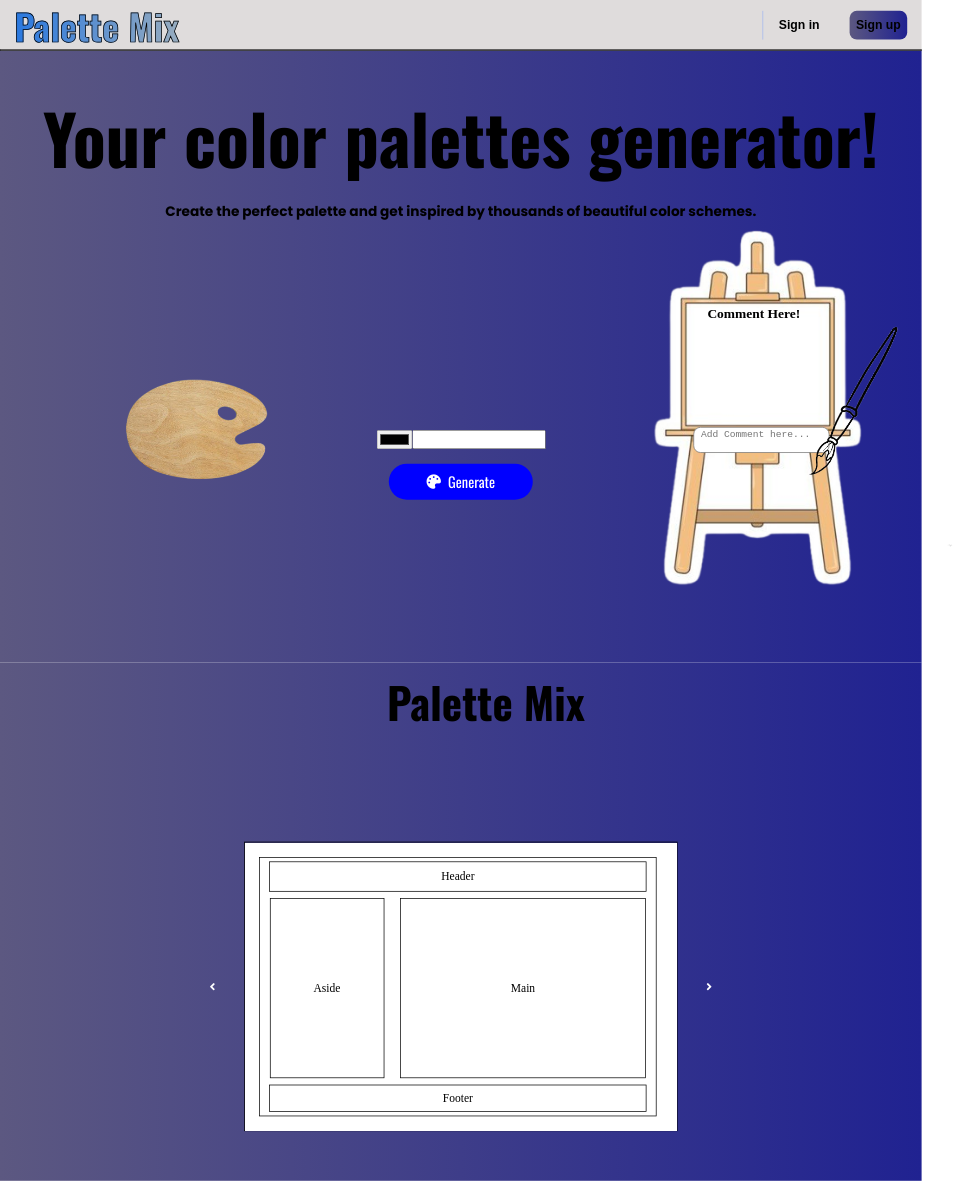
Repository: dmpelaez/Login-Signup-form
Page: Color/colorHeader.html
These files come from the project's save history. The page is drawn as it stood at one moment and after the next save; the edit follows.
The browser window is 1280 px wide. The page is 1353 px wide, so the pictures cover 1353 px, including what lies to the right of the window. The pictures show the whole page, at 72% of full size.
Some web libraries are served in a nearby version.

Above is the page before, as saved 2025-12-12 19:17:04.

### Color/colorHeader.html
<!DOCTYPE html>

  <html lang="en" dir="ltr">

    <head>

      <title>Palette Mix</title>
      <!--Style-->
      <link rel="stylesheet" href="colorHeader.css">
      <link rel="stylesheet" href="colorMain.css">
      <link rel="stylesheet" href="https://cdnjs.cloudflare.com/ajax/libs/font-awesome/5.14.0/css/all.min.css">
    </head>
    <body>

      <header class="color-header">
        <!--Title-->
        <a href="colorHeader.html">
          <section id="title" class="color-title">
            Palette Mix
          </section>
        </a>

        <!--End-->

        <!--Right side navigation bar-->
        <section class="navigation-bar">

          <!--About me-->
          <button class="about-me">


          </button>

          <!--Login & Signup form-->
          <div class="signin-signup">
            <button class="sign-in">
              Sign in
            </button>
            <button class="sign-up">
              Sign up
            </button>
          </div>
        </section>
        <!--End-->
        <div class="aboutmeSection">
          <div class="sectionAboutme">

            <img class="imageofme" alt="Creator Image" src="WIN_20241001_13_05_33_Pro.jpg">
            <P class="gd">Good day!</P>
            <p class="introduction">
              I am Delmar Galibo Pelaez, 19 years old from Manila, Philippines.
              I am a self-taught programmer who decided to study HTML, CSS and JavaScript to become
              a web developer and I'm hoping to thrive and learn more about on this field to create and serve to others.
            </p>

          </div>

          <div class="aboutThisProject">
            <h2 class="info-project">Palette Mix</h2>
            <p class="infoPalette">
              This project is only created for fun and to challenge myself to create different projects so as to improve skills in web development.
              The creation of Palette Mix started when I'm searching for a project to do because I always hear other programmers that to improve quickly and effieciently --
              you need to create your own projects. Palette Mix is about generating different colors that can be use to mix and create a great layout design for a websites!
            </p>
          </div>

          <div class="connectSection">
            <div class="contacts">
              <h2 class="connect-text">Connect:</h2>
              <a class="githubLink" href="#" target="_blank">
                 <img class="github" alt="Github" src="download__1_-removebg-preview.png">
              </a>
              <a class="facebook"  href="#" target="_blank">
                <img class="fb"  alt="Facebook" src="facebook-logo (1).png">
              </a>
            </div>

          </div>

        </div>


      </header>

      <main class="mainpage">

        <!--Main page-->
        <div class="main-page">

          <section class="title1">

            <h1 class="intro">Your color palettes generator!</h1>

            <h3 class="little-info">Create the perfect palette and get inspired by thousands of beautiful color schemes.</h3>
            <div class="sliding">
              <div class="colors">
              </div>
              <div class="colors2">
              </div>
              <div class="colors3">
              </div>
               <div class="colors4">
              </div>
            </div>

            <div class="colorSearch">
              <input type="color" class="colorbox">
              <Input type="text"  class="textbox">
              <img class="brush" src="brush.png">
              <img class="plate" src="plate.png">
              <img class="board" src="board.png">
                <div class="comment-section">
                  <h3 class="comment-text">Comment Here!</h3>
                  <ul class="comment-list"></ul>
                  <textarea class="comment-input" placeholder="Add Comment here..."></textarea>
                </div>
              </img>

            </div>

            <button class="generator">
              <i class="fas fa-palette"></i>
              Generate
            </button>
          </section>


        </div>

        <div class="theWhole">
          <div class="paletteText">Palette Mix</div>
          <div class="colorGenerator">
          </div>

          <div class="wholeDesign">
          <i id="leftIcon" class="fas fa-angle-left"></i>
              <div class="divBox">

            <!--Design 1-->


            <div class="divScroll">
              <div  class="div1">
                <div id="randomBox1" class="divpage1">
                  <header id="randomBox2" class="headerDiv1">Header</header>
                  <main  id="randomBox3" class="mainDiv1">
                    <div id="randomBox4" class="asideDiv1">Aside</div>
                    <div id="randomBox5" class="frontDiv1">Main</div>
                  </main>
                  <footer id="randomBox7" class="footerDiv1">Footer</footer>
                </div>
              </div>
              <!--Design 2-->
              <div  class="div2">
                <div id="randomBox1" class="divpage2">
                  <header id="randomBox2" class="headerDiv2">Header</header>
                    <div id="randomBox4" class="asideDiv2">Aside</div>
                    <div id="randomBox5" class="frontDiv2">Main</div>
                  <footer id="randomBox7" class="footerDiv2">Footer</footer>
                </div>
              </div>

              <!--Design 3-->

              <div  class="div3">
                <div id="randomBox1" class="divpage3">
                  <header id="randomBox2" class="headerDiv3">Header</header>
                    <div class="navBar">Navigation</div>
                    <div id="randomBox4" class="asideDiv3">Aside</div>
                    <div id="randomBox4" class="asideDiv32">Aside</div>
                    <div id="randomBox5" class="frontDiv3">Main</div>

                  <footer id="randomBox7" class="footerDiv3">Footer</footer>
                </div>
              </div>

            </div>
          </div>
          <i id="rightIcon"class="fas fa-angle-right"></i>



        </div>

        </div>


      </main>


      <script type="module" src="color.js"></script>

    </body>

  </html>

### Color/colorHeader.css
@import url('https://fonts.googleapis.com/css2?family=Anton&family=Oswald:wght@200..700&family=Poppins:ital,wght@0,100;0,200;0,300;0,400;0,500;0,600;0,700;0,800;0,900;1,100;1,200;1,300;1,400;1,500;1,600;1,700;1,800;1,900&family=Roboto:ital,wght@0,100..900;1,100..900&display=swap');

body {
  margin: 0;
  padding: 0;
}

.color-header {
  display: flex;
  justify-content: space-between;
  align-items: center;
  padding-left: 20px;
  padding-right: 20px;
  background: rgb(223, 220, 220);
  box-sizing: border-box;
  position: fixed;
  right: 0;
  left: 0;
  top: 0;
  height: 70px;
  border-bottom: 1px solid gray;
  z-index: 2;
}
@media (max-width: 670px) {
  .color-header {
    gap: 30px;
  }
}

a {
  text-decoration: none;
  flex-shrink: 0;
}

.color-title {
font-family: "Oswald", sans-serif;
font-weight: bold;
display: flex;
height: 50px;
font-size: 50px;
justify-content: start;
align-items: center;
-webkit-text-stroke: 1px black;
background: linear-gradient(90deg, rgb(41, 120, 224), rgb(150, 171, 190));
-webkit-background-clip: text;
-webkit-text-fill-color: transparent;
transition: all 0.3s ease;
cursor: pointer;
flex-shrink: 0;
}




.navigation-bar {
  display: Flex;
  justify-content: space-between;
  align-items: center;
  gap: 20px;
  height: 50px;
}
.signin-signup {
  display: Flex;
  border-left: 1px solid rgb(162, 183, 240);
  justify-content: space-between;
  align-items: center;
  gap: 30px;
  height: 40px;
  padding-left: 10px;
}

.sign-up {
  height: 40px;
  width: 80px;
  border-radius: 10px;
  border: none;
  background: transparent;
  color: black;
  font-family: arial;
  font-weight: bold;
  font-size: 17px;
  cursor: pointer;
  background: linear-gradient(90deg, rgb(92, 88, 129), rgb(32, 34, 145));
}
.sign-in {
  height: 40px;
  width: 80px;
  border-radius: 10px;
  border: none;
  background: transparent;
  color: black;
  font-family: arial;
  font-weight: bold;
  font-size: 17px;
  cursor: pointer;

}
.sign-in:hover,
.sign-up:hover {
background: linear-gradient(90deg, rgb(92, 88, 129), rgb(32, 34, 145));
  color: white;
}
.about-me {
  display: flex;
  justify-content: space-evenly;
  height: 40px;
  align-items: center;
  background-color: transparent;
  border: none;
  cursor: pointer;
  border-radius: 5px;
  flex-shrink: 0;
}
.about-me:hover {
  color: white;
  background: linear-gradient(90deg, rgb(92, 88, 129), rgb(32, 34, 145));
}
.aboutme {
  font-weight: bold;
  font-size: 27px;
  font-family: "Oswald";

}

.me-text {
  margin-right: 10px;
  color: rgb(66, 93, 212);
}

### Color/colorMain.css
@import url('https://fonts.googleapis.com/css2?family=Anton&family=Luckiest+Guy&family=Oswald:wght@200..700&family=Poppins:ital,wght@0,100;0,200;0,300;0,400;0,500;0,600;0,700;0,800;0,900;1,100;1,200;1,300;1,400;1,500;1,600;1,700;1,800;1,900&family=Roboto:ital,wght@0,100..900;1,100..900&display=swap');

body {
  height: 1580px;
}

.mainpage {
margin-top: 70px;
display: grid;
max-width: 1900px;
flex-shrink: 0;
position: relative;
}



.main-page {

}
.intro {
  font-weight: bold;
  font-size: 95px;
  white-space: wrap;
  font-family: "Oswald";
  flex-shrink: 0;
  display: flex;
  margin: 0px;
}


.aboutmeSection {
  display: grid;
  position: absolute;
  border: 1px solid black;
  background-color: rgb(39, 37, 37);
  left: 0;
  top: 100%;
  right: 0%;
  border-top: none;
  height: 0px;
  opacity: 1;
  justify-content: space-between;
  align-items: center;
  grid-template-columns: 1fr 1fr;
  grid-template-rows: 1fr 100px;
  overflow: hidden;
  transition: height 0.3s ease;
}


.aboutmeSection.btnDown {
  display: grid;
  opacity: 1;
  height: 520px;
  transition: height 0.3s ease;
}
.sectionAboutme {
  display: flex;
  height: 200px;
  justify-content: center;
 align-items: center;
 position: relative;
 gap: 20px;
 padding-left: 40px;
}
.imageofme {
  width: 350px;
  height: 350px;
  object-fit: cover;
  border-radius: 50%;
  display: flex;
}
.introduction {
  width: 350px;
  font-family: "Oswald";
  color: white;
  display: flex;
}
.connectSection {
  grid-column: 1 / 2 span;
  display: flex;
  background: linear-gradient(90deg, rgb(92, 88, 129), rgb(32, 34, 145));
}
.contacts {
  display: flex;
  padding-left: 20px;
  align-items: center;
}
.gd {
  font-weight: bold;
  font-size: 40px;
  white-space: nowrap;
  position: absolute;
  display: flex;
  top: -90px;
  left: 410px;
  color: white;
  font-family: "Oswald";
}

.fb {
  width: 20px;
  display: flex;
  margin-left: 20px;
}
.github {
  width: 45px;
  margin-left: 20px;
  display: flex;
}
.connect-text {
  font-family: "Oswald";
  font-size: 15px;
  display: flex;
}
.info-project {
  color: white;
  font-weight: bold;
  font-family: "Oswald";
  font-size: 40px;
  margin: 0px;
  display: flex;
  margin-right: 120px;
}
.aboutThisProject {
  display: flex;
  flex-direction: column;
  justify-content: center;
  align-items: center;
  margin-bottom: 40px;
}
.infoPalette {
  color: white;
  font-family: "Oswald";
  width: 400px;
  display: flex;
}



.title1 {
  display: flex;
  flex-direction: column;
    width: 100%;
  height: 800px;
  justify-content: start;
  position: relative;
  padding-top: 50px;
  align-items: center;
 background: linear-gradient(90deg, rgb(92, 88, 129), rgb(32, 34, 145));
 transition: background 6s ease;

}


.animate-gradient {
  animation: gradientShift 6s infinite alternate;
}

.little-info {

  font-size: 19px;
  color: rgb(0, 0, 0);
  font-family: "Poppins";
}

.letters {
  display: inline-block;
  margin: 2px;
}

.letters:hover {
  cursor: pointer;
  transition: text-shadow 0.3s ease;

  animation: wiggle 0.2s infinite alternate;
}


@keyframes wiggle {
  from {transform: translateX(0);}
  to {transform: translateX(-10px);}
}
.colors,
.colors2,
.colors3,
.colors4  {
  display: flex;

   width: 500px;
  height: 150px;
  justify-content: center;

   gap: 10px;
}
.colors div,
.colors2 div,
.colors3 div,
.colors4 div {
  display: Flex;
  height: 145px;
  flex-direction: row;
  width: 200px;
  justify-content: center;
}
.box {
  display: Flex;
  align-items: center;
  justify-content: center;
  font-weight: bold;
  font-size: 19px;
  text-transform: uppercase;
  cursor: pointer;

  border-radius: 10px;
}
.sliding {

  height: 250px;
 position: relative;
 overflow: hidden;
 margin-bottom: 20px;
}
.colors,
.colors2,
.colors3,
.colors4 {
  animation: scrollUp 6s linear infinite;

}


@keyframes scrollUp {
  0%   { transform: translateY(0); }
  25%   { transform: translateY(-50%); }
  50%   { transform: translateY(-100%); }
  75%   { transform: translateY(-150%); }
  100% { transform: translateY(-205%); }
}

.colorSearch {
  display: Flex;
  position: relative;
}
.brush {
  position: absolute;
  width: 300px;
  object-fit: cover;
  z-index: 1;
  top: -250px;
  right: -580px;
  pointer-events: none;
}
.plate {
  position: absolute;
  width: 200px;
  left: -350px;
  top: -70px;


}
.board {
  position: absolute;
  width: 600px;
  top: -330px;
  left: 230px;
  pointer-events: none;
}

.comment-section {
  position: absolute;
  right: -394px;
  bottom: -20%;
  display: flex;
  flex-direction: column;
  height: 250px;
  justify-content: end;
  text-align: center;

}
.comment-list {
position: absolute;
bottom: 10%;
display: flex;
align-items: left;
justify-content: start;

gap: 10px;
height: 140px;
width: 189px;
padding: 0;
left: -16px;
flex-direction: column;
overflow-y: scroll;
padding-left: 10px;
}
.comment-text {
  margin: 0px;
  Position: absolute;
  top: 45px;
  left: 20px;
  white-space: nowrap;
}
.comment-input {
display: flex;
position: initial;
padding-left: 10px;
text-align: middle;
align-items: center;
justify-content: center;
border-radius: 10px;
outline: none;
}
.comments {
  display: flex;
  justify-content: start;
  text-align: left;
  width: 160px;
  white-space: normal;
  word-wrap: break-word;
  word-break: break-all;
  overflow-wrap: break-word;
  border: 1px solid gray;
  padding: 10px;
  padding-right: 0px;
}


.generator {
  display: flex;
  background: blue;
  border: none;
  border-radius: 50px;
  height: 50px;
  align-items: center;
  justify-content: center;
  margin-top: 20px;
  width: 200px;
  font-family: "Oswald";
  font-size: 20px;
  color: white;
  cursor: pointer;
}
.generator i {
  margin-right: 10px;
}

.colorGenerator {
  display: flex;


  height: 200px;
  width: 100%;
  align-self: center;
 justify-self: center;
 align-items: center;
 justify-content: center;
 gap: 10px;

}
.generateColor {
  display: flex;
  border-width: 1px;
  border-radius: solid;
  width: 200px;
  height: 100px;
  justify-content: center;
  align-items: center;
  cursor: pointer;
  color: black;
}

.paletteText {
  font-weight: bold;
  font-family: "Oswald";
  font-size: 60px;
  position: absolute;
  left: 42%;
  top: 0;
  right: 50%;
  white-space: nowrap;
  top: 10px;

}

.theWhole {
  height: 100vh;
  display: flex;
  flex-direction: column;
  justify-content: center;
  align-items: center;
  position: relative;
 background: linear-gradient(90deg, rgb(92, 88, 129), rgb(32, 34, 145));
}

.divBox {
  border: 1px solid black;
  height: 400px;
  width: 600px;
  display: flex;
  align-items: center;
  justify-content: center;
  align-self: center;
  justify-self: center;
  gap: 20px;
  background-color: white;
  overflow-x: auto;
  scroll-behavior: smooth;
  position: relative;
}
.divBox::-webkit-scrollbar {
  display: none;
}
.wholeDesign {
  display: flex;
  justify-content: center;
  align-items: center;
  margin-bottom: 20px;
}


.divBox i {
  cursor: pointer;
  margin-right: 10px;
  margin-left: 10px;

}

.divScroll {
  display: flex;
  justify-content: space-evenly;
  height: 90%;
  min-width: 90%;
  position: absolute;
  left: 20px;
  background-color: white;
  gap: 30px;

}

.div1{
  display: grid;
  border: 1px solid black;
  min-height: 90%;
  width: 550px;
  flex-direction: column;
  z-index: 1;


}


.div2 {
 display: grid;
  border: 1px solid black;
  min-height: 90%;
  width: 550px;
  flex-direction: column;
  z-index: 1;

}
.div3 {
  display: grid;
  border: 1px solid black;
  min-height: 90%;
  width: 550px;
  flex-direction: column;
  z-index: 1;
  margin-right: 20px;

}





.divpage1 {
  display: flex;
   z-index: 2;
   flex-direction: column;
  height: 100%;
  min-width: 100%;
  justify-content: space-between;
  align-items: center;

}

.headerDiv1 {
  display: flex;
  align-items: center;
  justify-content: center;
  height: 40px;
  border: 1px solid black;
  min-width: 95%;
  margin-top: 5px;
  z-index: 2;
  background-color: white;
}
.mainDiv1{
  display: flex;
   z-index: 2;
  height: 70%;
  min-width: 95%;
  justify-content: space-between;

}
.footerDiv1 {
  display: flex;
  border: 1px solid black;
  min-width: 95%;
  justify-content: center;
  height: 10%;
  align-items: center;
  margin-bottom: 5px;
    z-index: 2;
    background-color: white;
}
.asideDiv1 {
  border: 1px solid black;
  min-width: 30%;
  display: flex;
  align-items: center;
  justify-content: center;
  z-index: 2;
  background-color: white;
}
.frontDiv1 {
  display: flex;
  border: 1px solid black;
  min-width: 65%;
  justify-content: center;
  align-items: center;
  z-index: 2;
  background-color: white;
}





.divpage2 {
  display: grid;
grid-template-columns: 150px 1fr 1fr 1fr;
grid-template-rows: 150px 1fr 1fr 1fr;
row-gap: 10px;
column-gap: 10px;
margin: 10px;
}
.headerDiv2 {
  grid-row: 1 / 3 span;
  display: flex;
  justify-content: center;
  align-items: center;
  border: 1px solid black;
  background-color: white;
}

.footerDiv2 {
  grid-row: 4 / 1 span;
  grid-column: 4 span;
  display: flex;
  justify-content: center;
  align-items: center;
  border: 1px solid black;
  background-color: white;
}


.frontDiv2 {
grid-column: 2 / 3 span;
grid-row: 1 / 2 span;
display: flex;
justify-content: center;
align-items: center;
border: 1px solid black;
background-color: white;
}
.asideDiv2 {
  grid-column: 2 / 3 span;
  display: flex;
  justify-content: center;
  align-items: center;
  border: 1px solid black;
  background-color: white;
}




.divpage3 {
  display: grid;
  grid-template-columns: 150px 1fr 150px;
  grid-template-rows: 50px 40px 1fr 1fr 40px;
  row-gap: 10px;
  column-gap: 10px;
  margin: 10px;

}
.headerDiv3 {
  grid-column: 1 / 3 span;
  display: flex;
  justify-content: center;
  align-items: center;
  border: 1px solid black;
  background-color: white;
}
.navBar {
  grid-column: 1 / 3 span;
  display: flex;
  justify-content: center;
  align-items: center;
  border: 1px solid black;
background-color: white;
}
.asideDiv3 {
  display: flex;
  border: 1px solid black;
  justify-content: center;
  align-items: center;
background-color: white;
}
.asideDiv32 {
  display: Flex;
  border: 1px black solid;
  grid-row: 4;
  justify-content: center;
  align-items: center;
  background-color: white;
}
.frontDiv3 {
  display: flex;
  justify-content: center;
  align-items: center;
  border: 1px solid black;
  grid-row: 3 / 2 span;
  grid-column: 2 / 2 span;
  background-color: white;
}
.footerDiv3 {
  display: Flex;
  align-items: center;
  justify-content: center;
  border: 1px solid black;
  grid-column: 1 / 3 span;
  background-color: white;
}




#leftIcon {
  cursor: pointer;
  color: white;
  margin-right: 20px;
  padding: 20px;
}
#rightIcon {
  cursor: pointer;
  margin-left: 20px;
  padding: 20px;
 color: white;
}

Loaded but not shown: Color/color.js (467 lines, source omitted)

After the next save:
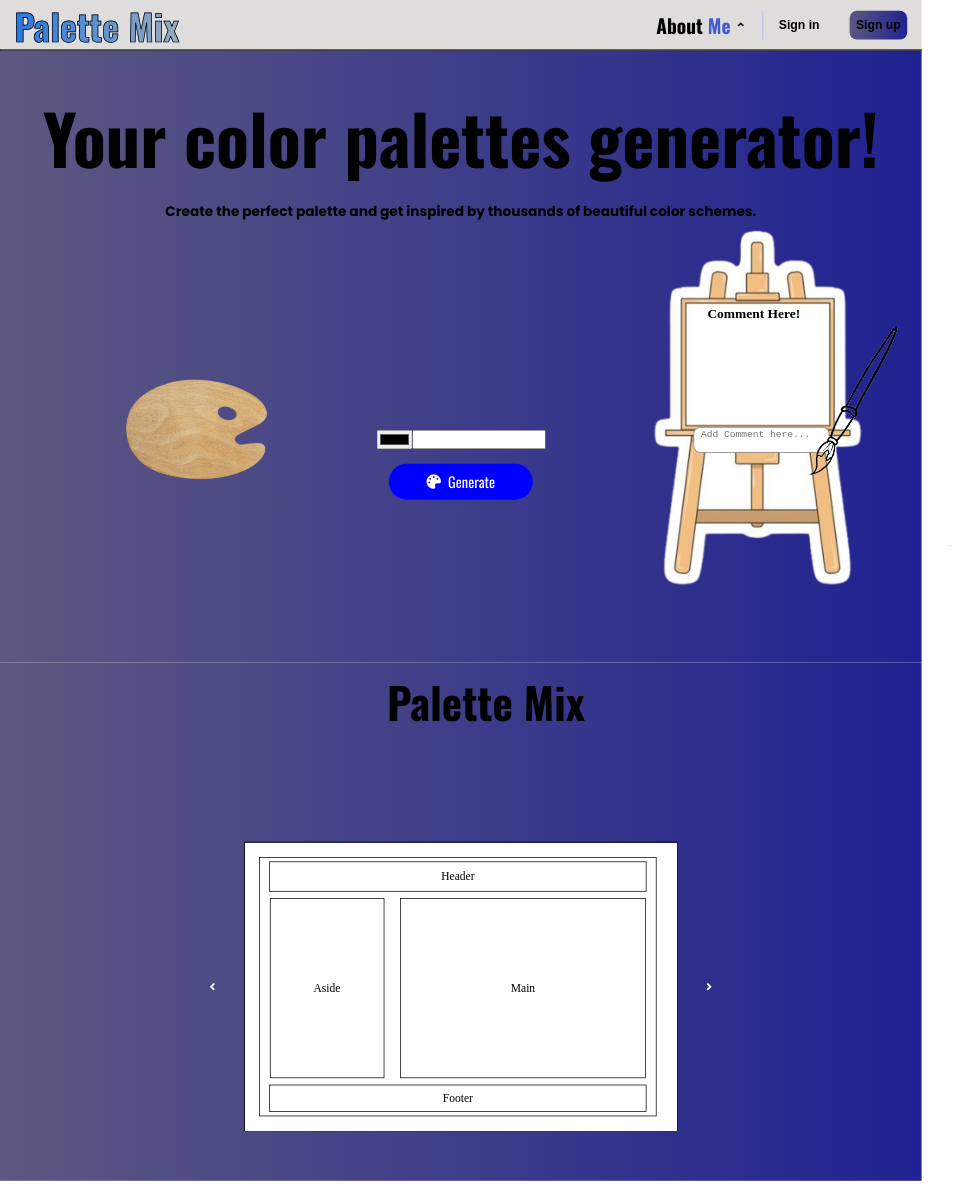
Saved 2 s later.
--- a/Color/colorHeader.html
+++ b/Color/colorHeader.html
@@ -27,7 +27,8 @@
 
           <!--About me-->
           <button class="about-me">
-
+           <span class="aboutme">About <span class="me-text">Me</span></span>
+           <i class="fas fa-angle-up"></i>
 
           </button>
 
